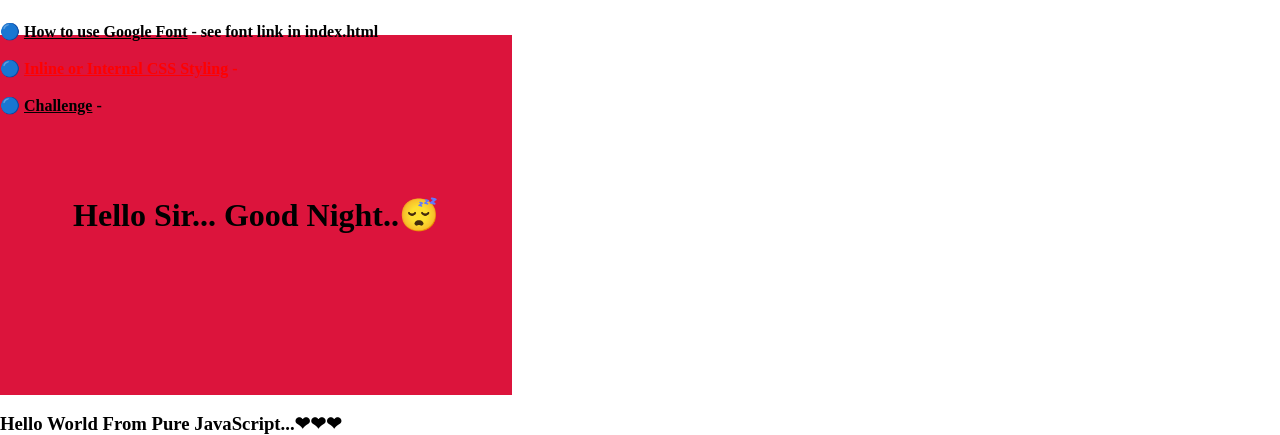
Repository: AalokJadhav/Being_ReactJS
Page: /
An editor plug-in stored every save of this project. The page is shown before and after the next save, followed by the edit.
The browser window is 1280 px wide. The pictures show the part of the page from y = 620 to 1135 px (the page is 1055 px tall before and 1135 px after).
The project was rebuilt for these pictures with package versions that can differ from the ones it lists, and the page was loaded fresh each time.

Above is the page before, as saved 2021-10-15 00:27:46.

After the next save:
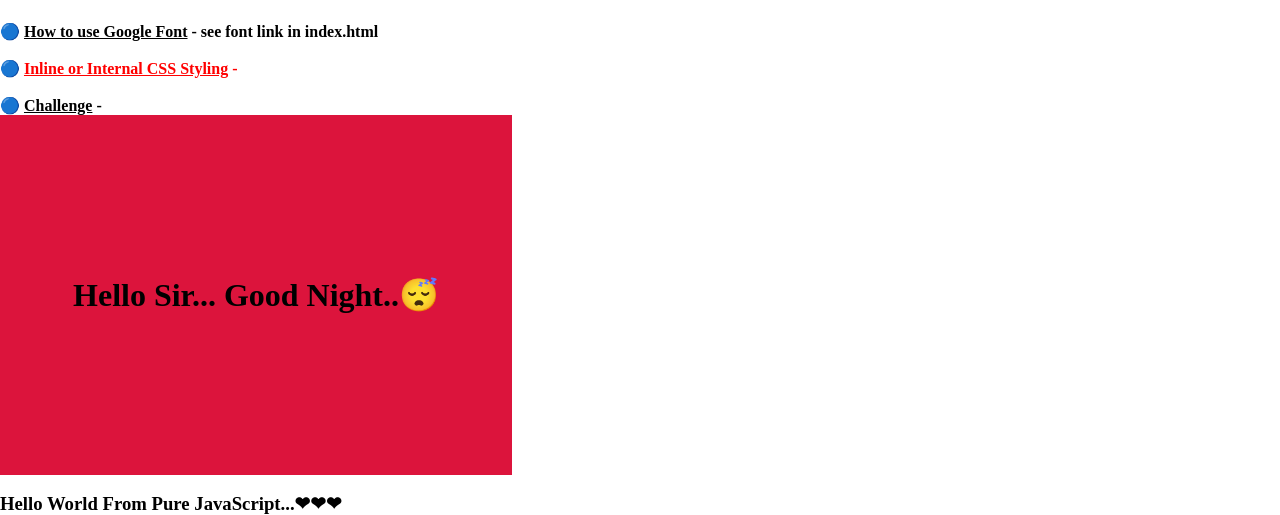
Saved 11 s later.
--- a/src/index.css
+++ b/src/index.css
@@ -42,5 +42,5 @@ code {
   display: flex;
   justify-content: center;
   align-items: center;
-  margin-top: -80px;
+  margin-top: -0px;
 }
